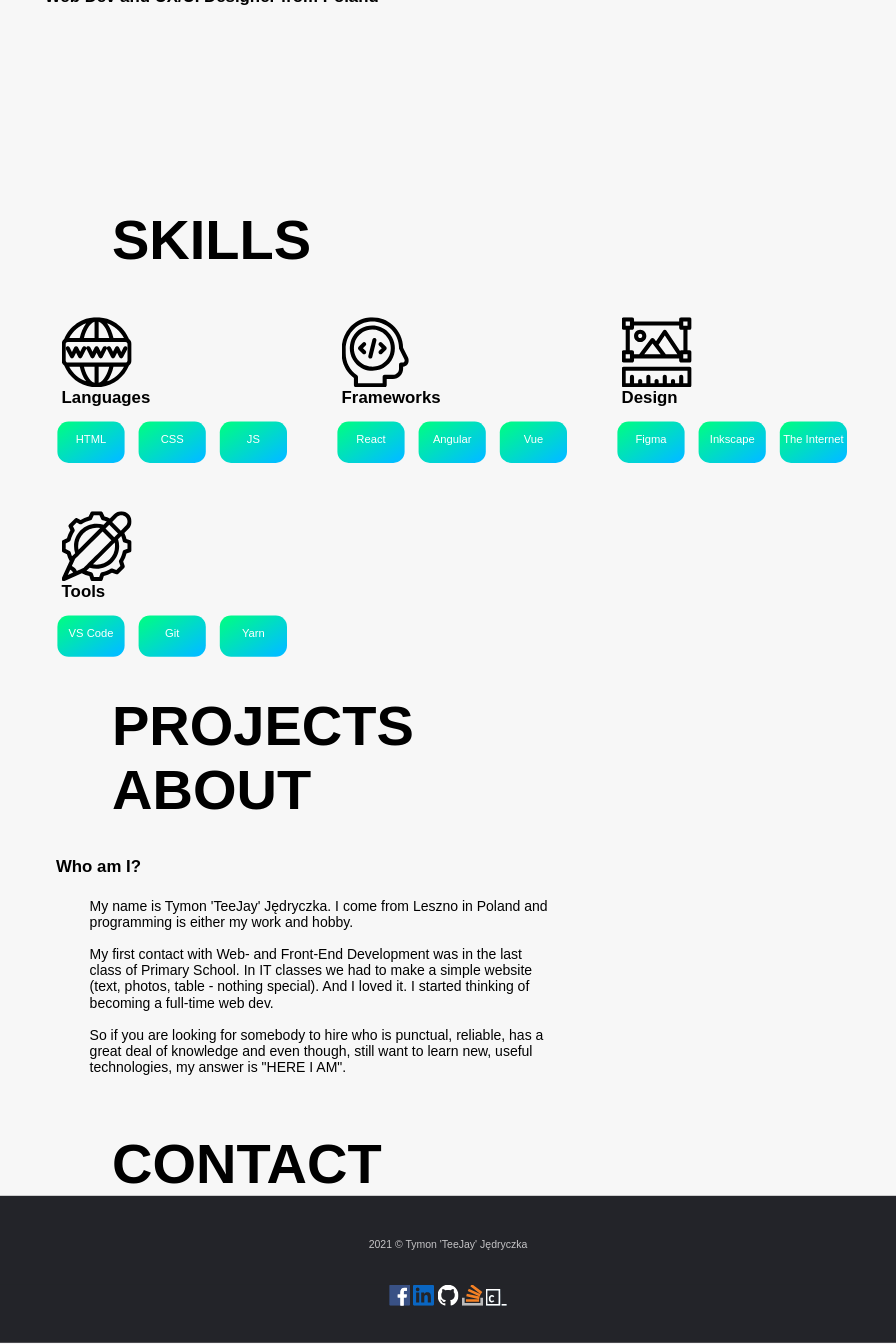
Repository: TeeJaysDev/Portfolio
Page: index.html
These files come from the project's save history. The page is drawn as it stood at one moment and after a run of saves; the edit follows.
The browser window is 1280 px wide. The pictures show the part of the page from y = 766 to 2686 px (the page is 2686 px tall before and 2654 px after), at 70% of full size.

Above is the page before, as saved 2021-04-24 20:43:02.

### index.html
<!DOCTYPE html>
<html lang="en">
<head>
    <meta charset="UTF-8">
    <meta http-equiv="X-UA-Compatible" content="IE=edge">
    <meta name="viewport" content="width=device-width, initial-scale=1.0">
    <script type="text/javascript" src="script.js"></script>
    <link rel="stylesheet" href="style.css">
    <link href="https://fonts.googleapis.com/css2?family=Raleway&display=swap" rel="stylesheet">
    <link href="https://fonts.googleapis.com/css2?family=Quicksand:wght@700&display=swap" rel="stylesheet">
    <title>Tymon Jędryczka | Portfolio</title>
</head>
<body>
    <nav>
        <a href="#skills"><h3>skills</h3></a>
        <a href="#projects"><h3>projects</h3></a>
        <a href="#about"><h3>about</h3></a>
        <a href="#contact"><h3>contact</h3></a>
    </nav>
    <header>
        <h2 class="welcome_part_h1">h1</h2>
        <h1 class="welcome_part">
            Hi, I'm <strong>Tymon</strong><br>
            I design <strong>and</strong><br>
            build <strong>incredible</strong><br>
            websites / <strong>webapps</strong>
        </h1>
        <h2 class="welcome_part_h2">
            Web Dev and UX/UI Designer from Poland
        </h2>
    </header>
    <main>
        <h1>
            SKILLS
        </h1>
        <section id="skills">
                <div class="languages">
                    <div class="box">
                        <div class="imageh2">
                            <img src="Images/svg/languages.svg">
                            <h2>Languages</h2>
                        </div>
                        <div class="text">
                            <li>HTML</li>
                            <li>CSS</li>
                            <li>JS</li>
                        </div>
                    </div>
                </div>
                <div class="frameworks">
                    <div class="box">
                        <div class="imageh2">
                            <img src="Images/svg/frameworks.svg">
                            <h2>Frameworks</h2>
                        </div>
                        <div class="text">
                            <li>React</li>
                            <li>Angular</li>
                            <li>Vue</li>
                        </div>
                    </div>
                </div>
                <div class="design">
                    <div class="box">
                        <div class="imageh2">
                            <img src="Images/svg/design.svg">
                            <h2>Design</h2>
                        </div>
                        <div class="text">
                            <li>Figma</li>
                            <li>Inkscape</li>
                            <li>The Internet</li>
                        </div>
                    </div>
                </div>
                <div class="tools">
                    <div class="box">
                        <div class="imageh2">
                            <img src="Images/svg/tools.svg">
                            <h2>Tools</h2>
                        </div>
                        <div class="text">
                            <li>VS Code</li>
                            <li>Git</li>
                            <li>Yarn</li>
                        </div>
                    </div>
                </div>
        </section>
        <section id="projects">
            <h1>
                PROJECTS
            </h1>
        </section>
        <section id="about">
            <h1>
                ABOUT
            </h1>
            <h2>
                Who am I?
            </h2>
            <p>
                My name is Tymon 'TeeJay' Jędryczka. I come from Leszno in Poland and programming is either my work and hobby.
                <br><br>
                My first contact with Web- and Front-End Development was in the last class of Primary School. In IT classes we had to make a simple website (text, photos, table - nothing special). And I loved it. I started thinking of becoming a full-time web dev.
                <!-- <br><br> I am also a self-taught dev and with CodeCademy and YouTube I get knowledge of HTML5, CSS3, JS, and its frameworks (React, Angular, Vue). I call myself a 2-in-1 developer 'cause I design things (usually in Figma) and then make them real by writing some code. -->
                <br><br>
                So if you are looking for somebody to hire who is punctual, reliable, has a great deal of knowledge and even though, still want to learn new, useful technologies, my answer is "HERE I AM".
            </p>
        </section>
        <section id="contact">
            <h1>
                CONTACT
            </h1>
        </section>
    </main>
    <footer>
        <h4>2021 &copy; Tymon 'TeeJay' Jędryczka</h4>
        <li><a href="https://facebook.com/tymonjedr/" target="_blank"><img src="Images/svg/facebook.svg" alt="Facebook LOGO"></a></li>
        <li><a href="https://linkedin.com/in/tymon-jedryczka/" target="_blank"><img src="Images/svg/linkedin.svg" alt="LinkedIn LOGO"></a></li>
        <li><a href="https://github.com/TeeJaysDev" target="_blank"><img src="Images/svg/github.svg" alt="GitHub LOGO"></a></li>
        <li><a href="https://stackoverflow.com/users/15029595/teejaysdev" target="_blank"><img src="Images/svg/stack.svg" alt="Stack LOGO"></a></li>
        <li><a href="https://codecademy.com/profiles/TeeJaysDev" target=”_blank”><img src="Images/svg/codecademy.svg" alt="CodeCademy LOGO"></a></li>
    </footer>
</body>
</html>

### style.css
* {
    margin: 0;
    padding: 0;
    font-family: sans-serif;
    text-decoration: none;
}

body {
    background-color: #F7F7F7;
}

nav {
    display: flex;
    justify-content: flex-end;
    margin-right: 0rem;
    margin-top: 0rem;
}

nav a {
    color: #000000;
    padding: 0.938rem;
    margin-top: 2rem;
    margin-right: 3.125rem;
    font-size: 1.563rem;
}

.welcome_part_h1 {
    font-family: monospace;
    font-size: 3.75rem;
    margin-top: 9rem;
    margin-left: 2.5rem;
    margin-bottom: 0rem;
}

.welcome_part {
    margin-top: 2rem;
    margin-left: 5rem;
    margin-bottom: 2rem;
    font-family: Raleway;
    font-weight: lighter;
    font-size: 5rem;
    min-width: 18ch;
}

.welcome_part_h2 {
    margin-bottom: 18rem;
    margin-left: 4rem;
}

#skills {
    display: grid;
    align-items: flex-end;
    grid-template-columns: repeat(auto-fit, 400px);
    margin-left: 4.5rem;
}

h1 {
    font-size: 5rem;
    margin-left: 10rem;
}

.imageh2 {
    display: flex;
    flex-wrap: wrap;
    align-items: flex-start;
    margin: 4rem 20rem 1rem 1rem;
}

.text {
    display: flex;
    flex-wrap: wrap;
}

.text li {
    list-style: none;
    margin: 1rem;
    color: #fff;
    padding-top: 1rem;
    text-align: center;
    align-items: center;
    border-radius: 1rem;
    margin: 5px 10px;
    width: 6rem;
    background-image: linear-gradient(147deg,#00FF7F,#00BFFF 90%);
    padding-bottom: 25px;
}

#about p {
    font-size: 1.25rem;
    max-width: 60ch;
    margin-left: 8rem;
    margin-bottom: 5rem;
    margin-top: 2rem;
}

#about h2 {
    margin-left: 5rem;
    margin-top: 3rem;
}

#projects h1 {
    width: 15%;
    margin-top: 3rem;
}

#about h1 {
    width: 15%;
}

#contact h1 {
    width: 17%;
}

footer, footer h4 {
    color: #C5C4C6;
    background-color: #232429;
    font-family: Arial, Helvetica, sans-serif;
    font-size: 0.938rem;
    font-weight: lighter;
    text-align: center;
    z-index: -1;
    padding-top: 1.875rem;
    padding-bottom: 3.125rem;
}

footer li{
    margin: 0 1.25;
    display: inline;
}

body .error {
    text-align: center;
}

.error p {
    font-family: Quicksand;
    font-weight: 700;
    color: #000000;
    font-size: 20rem;
    margin-top: 5rem;
}

.error button a {
    text-decoration: none;
    text-align: center;
    color: #000000;
    font-size: 2rem;
    padding: 3rem;
}

.error .mainError {
    display: flex;
    text-align: center;
    margin-left: 40rem;
    margin-right: auto;
}

.error img {
    width: 250px;
}

.error button {
    margin-top: 10rem;
}
/* Smartphone (portrait) --- */

@media only screen
and (min-width: 320px)
and (max-width: 767px) {

    nav {
        display: flex;
        justify-content: flex-end;
        margin-right: 1rem;
        margin-top: 0rem;
    }

    nav a {
        padding: 0.938rem;
        margin-top: 2rem;
        margin-right: -1rem;
        font-size: 1rem;
    }

     main .welcome_part_h1 {
        font-family: monospace;
        font-size: 2.5rem;
        margin-top: 9rem;
        margin-left: 1rem;
    }

    main .welcome_part {
        margin-top: 1rem;
        margin-left: 2rem;
        margin-bottom: 2rem;
        font-size: 1.63rem;
        min-width: 18ch;
    }

    main .welcome_part_h2 {
        margin-bottom: 10rem;
        margin-left: 2rem;
        font-size: 1rem;
    }

    section h1 {
        font-size: 3rem;
        margin-bottom: 1.563rem;
    }

    #about p {
        font-size: 1.25rem;
        max-width: 22ch;
        margin-left: 2rem;
        margin-bottom: 5rem;
    }

    #about h2 {
        margin-left: 2rem;
        margin-top: 5rem;
    }

    footer, footer h4 {
        padding-top: 1.875rem;
        padding-bottom: 3.125rem;
        width: 100%;
    }

    footer li{
        margin: 0 1.25;
        display: inline;
    }
}



@media only screen
and (min-width: 768px)
and (max-width: 1024px)
and (orientation: portrait) {

    * {
        margin: 0;
        padding: 0;
        font-family: sans-serif;
        text-decoration: none;
    }

    body {
        background-color: #F7F7F7;
    }

    nav {
        display: flex;
        justify-content: flex-end;
        margin-right: 0rem;
        margin-top: 0rem;
    }

    nav a {
        color: #000000;
        padding: 0.938rem;
        margin-top: 2rem;
        margin-right: 3.125rem;
        font-size: 1.563rem;
    }

     main .welcome_part_h1 {
        font-family: monospace;
        font-size: 3.75rem;
        margin-top: 13rem;
        margin-left: 2.5rem;
        margin-bottom: 0rem;
    }

    main .welcome_part {
        margin-top: 2rem;
        margin-left: 5rem;
        margin-bottom: 2rem;
        font-family: Raleway;
        font-weight: lighter;
        font-size: 3.9rem;
        min-width: 18ch;
    }

    main .welcome_part_h2 {
        margin-bottom: 20rem;
        margin-left: 4rem;
    }

    #about p {
        font-size: 1.25rem;
        max-width: 45ch;
        margin-left: 8rem;
        margin-bottom: 5rem;
    }

    #about h2 {
        margin-left: 5rem;
        margin-top: 5rem;
    }

    #projects h1 {
        width: 15%;
        margin-top: 3rem;
    }

    #about h1 {
        width: 15%;
    }

    #contact h1 {
        width: 17%;
    }

    footer, footer h4 {
        color: #C5C4C6;
        background-color: #232429;
        font-family: Arial, Helvetica, sans-serif;
        font-size: 0.938rem;
        font-weight: lighter;
        text-align: center;
        z-index: -1;
        width: 100%;
        padding-top: 1.875rem;
        padding-bottom: 3.125rem;
    }

    body .error {
        text-align: center;
    }

    .error p {
        font-family: Quicksand;
        font-weight: 700;
        color: #000000;
        font-size: 20rem;
        margin-top: 5rem;
    }

    .error button a {
        text-decoration: none;
        text-align: center;
        color: #000000;
        font-size: 2rem;
        padding: 3rem;
    }

    .error .mainError {
        display: flex;
        text-align: center;
        margin-left: 40rem;
        margin-right: auto;
    }

    .error img {
        width: 250px;
    }

    .error button {
        margin-top: 10rem;
    }
}

@media only screen
and (min-width: 953)
and (max-width: 1230) {
     p {
        margin-left: 1rem;
    }
}

@media only screen
and (min-width: 550px)
and (max-width: 700px) {
    main .welcome_part_h1 {
        font-family: monospace;
        font-size: 3.75rem;
        margin-top: 13rem;
        margin-left: 2.5rem;
        margin-bottom: 0rem;
    }

    main .welcome_part {
        margin-top: 2rem;
        margin-left: 5rem;
        margin-bottom: 2rem;
        font-size: 2.6rem;
    }

    main .welcome_part_h2 {
        margin-bottom: 20rem;
        margin-left: 4rem;
    }
}

@media only screen
and (min-width: 1920px) {
    main .welcome_part_h1 {
        font-family: monospace;
        font-size: 3.75rem;
        margin-top: 13rem;
        margin-left: 2.5rem;
        margin-bottom: 0rem;
    }

    main .welcome_part {
        margin-top: 2rem;
        margin-left: 5rem;
        margin-bottom: 2rem;
        font-size: 5rem;
    }

    main .welcome_part_h2 {
        margin-bottom: 20rem;
        margin-left: 4rem;
        font-size: 2.5rem;
    }
}

@media only screen
and (max-width: 950) {

}

Loaded but not shown: script.js (no stored copy; drawn as an empty file)

After the next 3 saves:
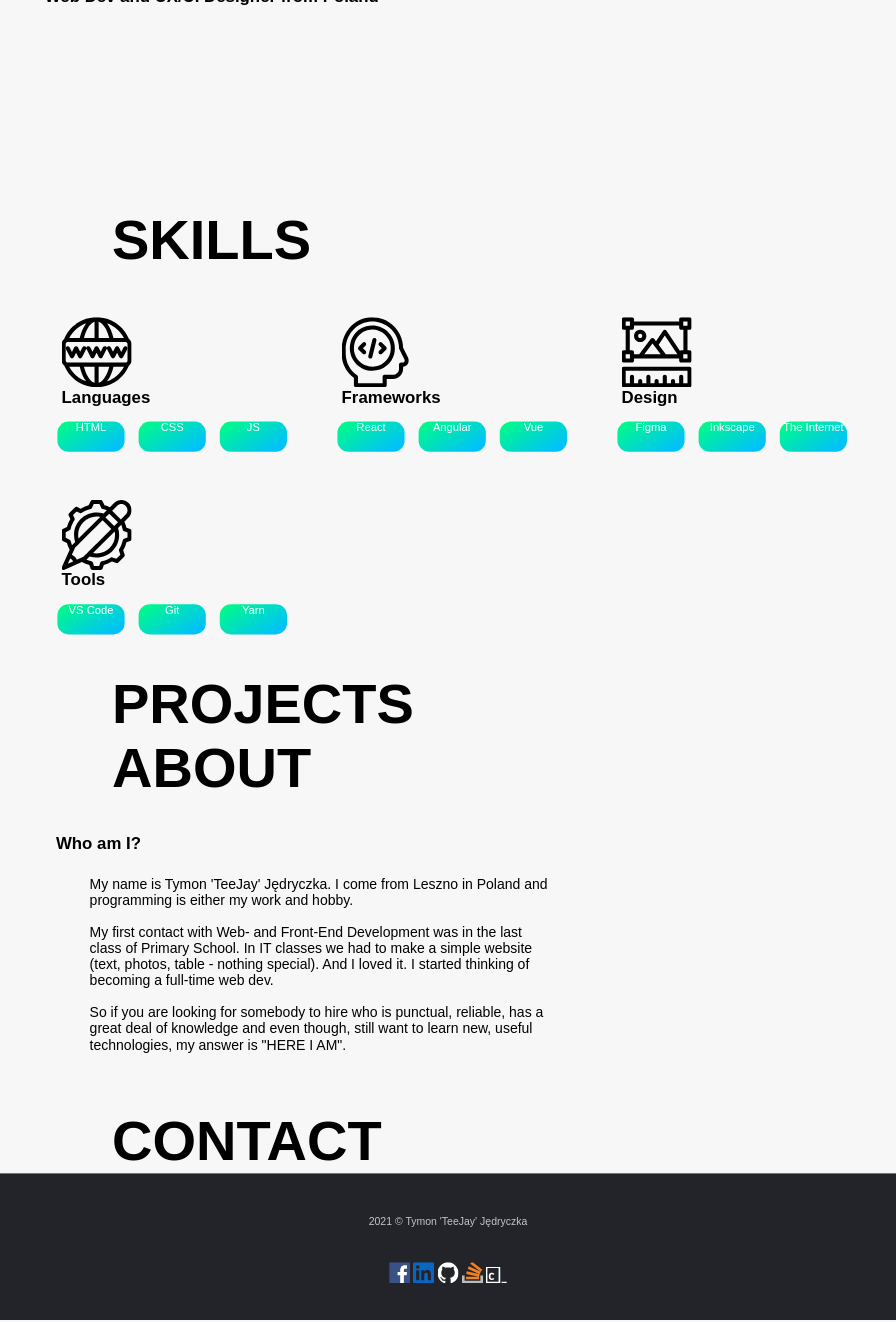
The 3 saves are shown as one change because they came seconds apart.
The last was saved 106 s later.
--- a/style.css
+++ b/style.css
@@ -75,7 +75,7 @@
     list-style: none;
     margin: 1rem;
     color: #fff;
-    padding-top: 1rem;
+    padding-top: 0.5rem 1rem;
     text-align: center;
     align-items: center;
     border-radius: 1rem;

After the 5 saves that followed:
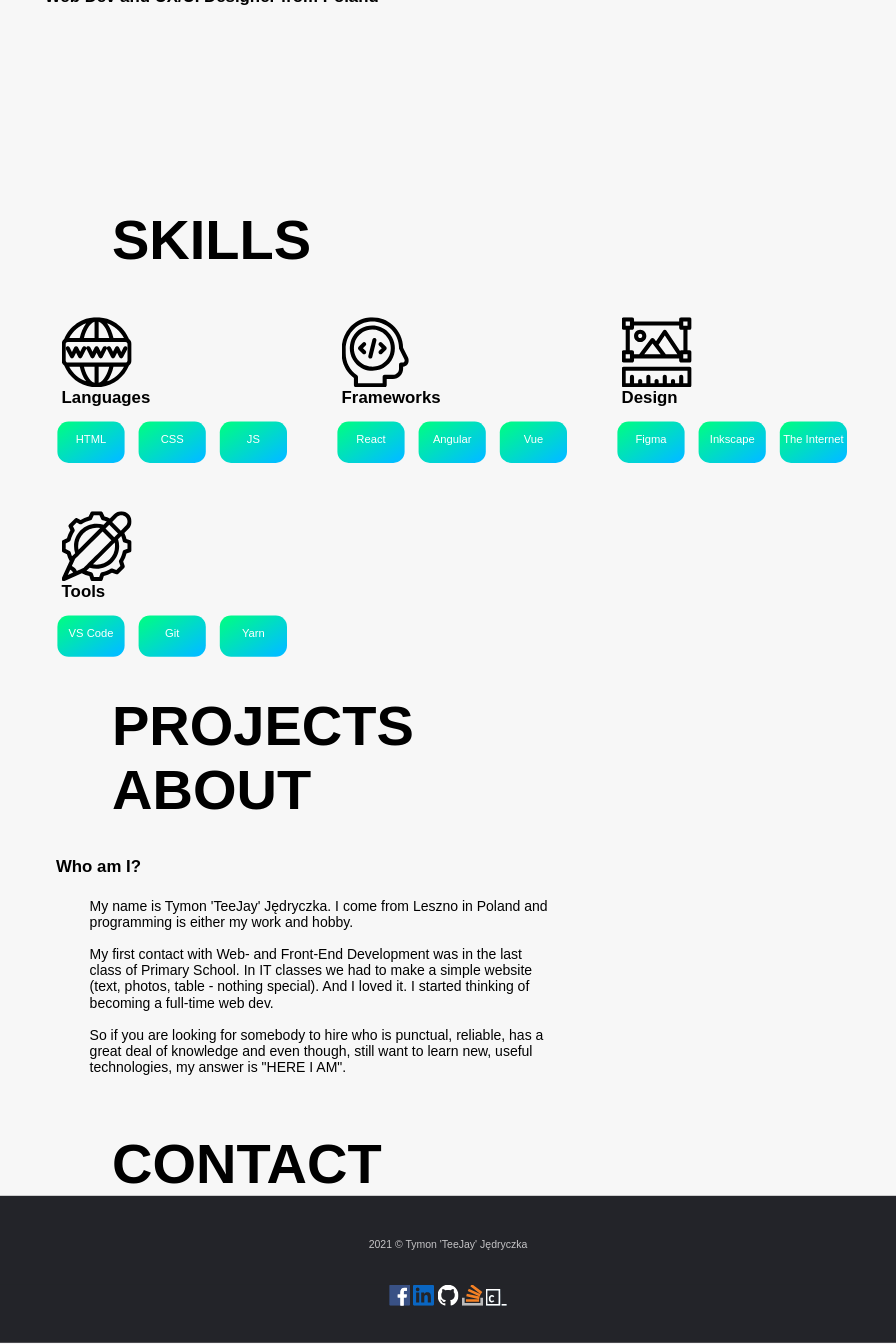
The 5 saves are shown as one change because 3 left the picture as it was and some came seconds apart.
The last was saved 33 s later.
--- a/style.css
+++ b/style.css
@@ -75,7 +75,7 @@
     list-style: none;
     margin: 1rem;
     color: #fff;
-    padding-top: 0.5rem 1rem;
+    padding-top: 1rem;
     text-align: center;
     align-items: center;
     border-radius: 1rem;
